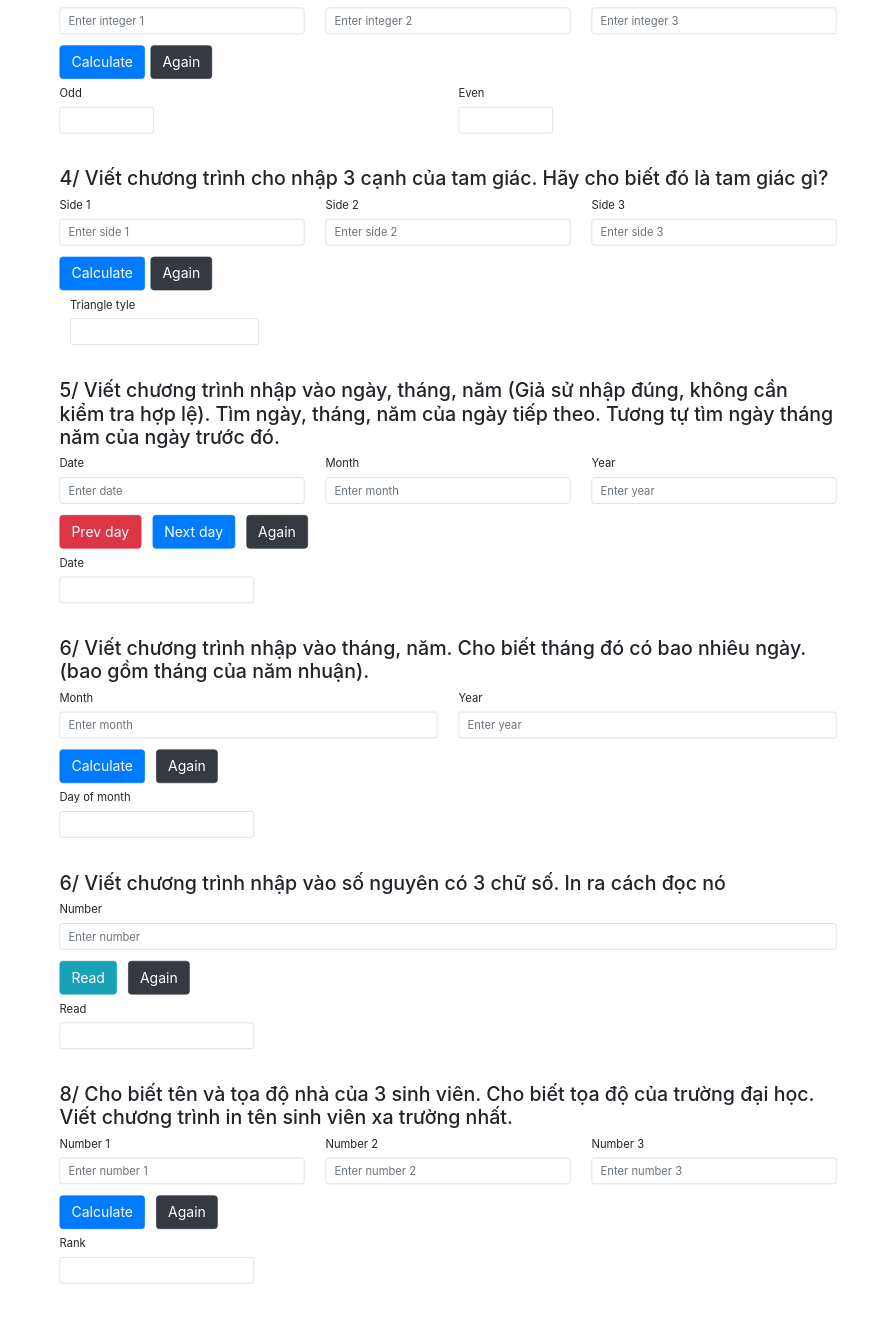
Repository: baobaodeveloper/bootscamp21__jsbasic__HuynhAnhBao
Page: index.html
An editor plug-in stored every save of this project. The page is shown before and after the next save, followed by the edit.
The browser window is 1280 px wide. The pictures show the part of the page from y = 724 to 2644 px (the page is 2606 px tall before and 2644 px after), at 70% of full size.

Above is the page before, as saved 2022-03-11 18:07:09.

### index.html
<!DOCTYPE html>
<html lang="en">
  <head>
    <title>javaScript basic</title>
    <!-- Required meta tags -->
    <meta charset="utf-8" />
    <meta
      name="viewport"
      content="width=device-width, initial-scale=1, shrink-to-fit=no"
    />

    <!-- Bootstrap CSS -->
    <link
      rel="stylesheet"
      href="https://stackpath.bootstrapcdn.com/bootstrap/4.3.1/css/bootstrap.min.css"
      integrity="sha384-ggOyR0iXCbMQv3Xipma34MD+dH/1fQ784/j6cY/iJTQUOhcWr7x9JvoRxT2MZw1T"
      crossorigin="anonymous"
    />
  </head>
  <body>
    <!--1 Cho người dùng nhập vào 3 số nguyên. Viết chương trình xuất 3 số theo thứ tự tăng dần -->
    <div class="container mb-xl-5">
      <h3>
        1/ Cho người dùng nhập vào 3 số nguyên. Viết chương trình xuất 3 số theo
        thứ tự tăng dần
      </h3>

      <div class="row">
        <div class="col">
          <label class="form-label">Number 1</label>
          <input
            type="number"
            class="form-control num1"
            placeholder="Enter number 1"
          />
        </div>
        <div class="col">
          <label class="form-label">Number 2</label>
          <input
            type="number"
            class="form-control num2"
            placeholder="Enter number 2"
          />
        </div>
        <div class="col">
          <label class="form-label">Number 3</label>
          <input
            type="number"
            class="form-control num3"
            placeholder="Enter number 3"
          />
        </div>
      </div>

      <div class="d-flex">
        <button
          type="button "
          class="btn btn-primary btn-lg mt-3 mb-2 btn-rank mr-3"
        >
          Calculate
        </button>

        <button
          type="button "
          class="btn btn-dark btn-lg mt-3 mb-2 btn-again-rank"
        >
          Again
        </button>
      </div>

      <div class="mt-3 m-auto">
        <label class="form-label">Rank</label>
        <input type="text" class="form-control w-25 result1" />
      </div>
    </div>

    <!--2 Viết chương trình “Chào hỏi” các thành viên trong gia đình với các đặc điểm. Đầu tiên máy
    sẽ hỏi ai sử dụng máy. Sau đó dựa vào câu trả lời và đưa ra lời chào phù hợp. Giả sử trong
    gia đình có 4 thành viên: Bố (B), Mẹ (M), anh Trai (A) và Em gái (E) -->
    <div class="container mb-5">
      <h3 class="mb-3">
        2/ Viết chương trình “Chào hỏi” các thành viên trong gia đình với các
        đặc điểm. Đầu tiên máy sẽ hỏi ai sử dụng máy. Sau đó dựa vào câu trả lời
        và đưa ra lời chào phù hợp. Giả sử trong gia đình có 4 thành viên: Bố
        (B), Mẹ (M), anh Trai (A) và Em gái (E)
      </h3>

      <select class="form-select p-2" aria-label="Default select example">
        <option selected>Who are you?</option>
        <option value="M">M</option>
        <option value="B">B</option>
        <option value="A">A</option>
        <option value="E">E</option>
      </select>

      <button type="button" class="btn btn-primary btn-sign-in">Sign In</button>

      <div class="m-3 row">
        <div class="col-sm-10">
          <input
            type="text"
            class="form-control output-sign-in"
            id="inputPassword"
          />
        </div>
      </div>
    </div>

    <!--  3 Cho 3 số nguyên. Viết chương trình xuất ra có bao nhiêu số lẻ và bao nhiêu số chẵn.-->
    <div class="container mb-xl-5">
      <h3>
        3/ Cho 3 số nguyên. Viết chương trình xuất ra có bao nhiêu số lẻ và bao
        nhiêu số chẵn.
      </h3>

      <div class="row">
        <div class="col">
          <label class="form-label">Integer 1</label>
          <input
            type="number"
            class="form-control integer1"
            placeholder="Enter integer 1"
          />
        </div>
        <div class="col">
          <label class="form-label">Integer 2</label>
          <input
            type="number"
            class="form-control integer2"
            placeholder="Enter integer 2"
          />
        </div>
        <div class="col">
          <label class="form-label">Integer 3</label>
          <input
            type="number"
            class="form-control integer3"
            placeholder="Enter integer 3"
          />
        </div>
      </div>

      <div class="d-flex">
        <button
          type="button"
          class="btn btn-primary btn-lg mt-3 mb-2 btn-integer mr-2"
        >
          Calculate
        </button>

        <button
          type="button "
          class="btn btn-light btn-lg mt-3 mb-2 btn-dark btn-again-integer"
        >
          Again
        </button>
      </div>

      <div class="row">
        <div class="mt-3 m-auto col">
          <label class="form-label">Odd</label>
          <input type="text" class="form-control w-25 outputOdd" />
        </div>
        <div class="mt-3 m-auto col">
          <label class="form-label">Even</label>
          <input type="text" class="form-control w-25 outputEven" />
        </div>
      </div>
    </div>

    <!--4 Viết chương trình cho nhập 3 cạnh của tam giác. Hãy cho biết đó là tam giác gì?-->

    <div class="container mb-xl-5">
      <h3>
        4/ Viết chương trình cho nhập 3 cạnh của tam giác. Hãy cho biết đó là
        tam giác gì?
      </h3>

      <div class="row">
        <div class="col">
          <label class="form-label">Side 1</label>
          <input
            type="number"
            class="form-control side1"
            placeholder="Enter side 1"
          />
        </div>
        <div class="col">
          <label class="form-label">Side 2</label>
          <input
            type="number"
            class="form-control side2"
            placeholder="Enter side 2"
          />
        </div>
        <div class="col">
          <label class="form-label">Side 3</label>
          <input
            type="number"
            class="form-control side3"
            placeholder="Enter side 3"
          />
        </div>
      </div>

      <div class="d-flex">
        <button
          type="button"
          class="btn btn-primary btn-lg mt-3 mb-2 mr-2 btn-triangle"
        >
          Calculate
        </button>

        <button
          type="button "
          class="btn btn-light btn-lg mt-3 mb-2 btn-dark btn-again-triangle"
        >
          Again
        </button>
      </div>

      <div class="mt-3 m-auto col">
        <label class="form-label">Triangle tyle</label>
        <input type="text" class="form-control w-25 triangle-type" />
      </div>
    </div>

    <!--5 Viết chương trình nhập vào ngày, tháng, năm (Giả sử nhập đúng, không cần kiểm tra hợp
  lệ). Tìm ngày, tháng, năm của ngày tiếp theo. Tương tự tìm ngày tháng năm của ngày trước
  đó.  -->

    <div class="container mb-xl-5">
      <h3>
        5/ Viết chương trình nhập vào ngày, tháng, năm (Giả sử nhập đúng, không
        cần kiểm tra hợp lệ). Tìm ngày, tháng, năm của ngày tiếp theo. Tương tự
        tìm ngày tháng năm của ngày trước đó.
      </h3>

      <div class="row">
        <div class="col">
          <label class="form-label">Date</label>
          <input
            type="number"
            class="form-control date"
            placeholder="Enter date"
          />
        </div>
        <div class="col">
          <label class="form-label">Month</label>
          <input
            type="number"
            class="form-control month"
            placeholder="Enter month"
          />
        </div>
        <div class="col">
          <label class="form-label">Year</label>
          <input
            type="number"
            class="form-control year"
            placeholder="Enter year"
          />
        </div>
      </div>

      <div class="d-flex">
        <button
          type="button "
          class="btn btn-danger btn-lg mt-3 mb-2 btn-prev mr-3"
        >
          Prev day
        </button>
        <button
          type="button "
          class="btn btn-primary btn-lg mt-3 mb-2 btn-next mr-3"
        >
          Next day
        </button>

        <button
          type="button "
          class="btn btn-dark btn-lg mt-3 mb-2 btn-again-date"
        >
          Again
        </button>
      </div>

      <div class="mt-3 m-auto">
        <label class="form-label">Date</label>
        <input type="text" class="form-control w-25 date-text" />
      </div>
    </div>

    <!-- 6 Viết chương trình nhập vào tháng, năm. Cho biết tháng đó có bao nhiêu ngày. (bao gồm
    tháng của năm nhuận).-->
    <div class="container mb-xl-5">
      <h3>
        6/ Viết chương trình nhập vào tháng, năm. Cho biết tháng đó có bao nhiêu
        ngày. (bao gồm tháng của năm nhuận).
      </h3>

      <div class="row">
        <div class="col">
          <label class="form-label">Month</label>
          <input
            type="number"
            class="form-control month1"
            placeholder="Enter month"
          />
        </div>
        <div class="col">
          <label class="form-label">Year</label>
          <input
            type="number"
            class="form-control year1"
            placeholder="Enter year"
          />
        </div>
      </div>

      <div class="d-flex">
        <button
          type="button "
          class="btn btn-primary btn-lg mt-3 mb-2 btn-month mr-3"
        >
          Calculate
        </button>

        <button
          type="button "
          class="btn btn-dark btn-lg mt-3 mb-2 btn-again-month"
        >
          Again
        </button>
      </div>

      <div class="mt-3 m-auto">
        <label class="form-label">Day of month</label>
        <input type="text" class="form-control w-25 resultMonth" />
      </div>
    </div>

    <!--7 Viết chương trình nhập vào số nguyên có 3 chữ số. In ra cách đọc nó.-->
    <div class="container mb-xl-5">
      <h3>
        6/ Viết chương trình nhập vào số nguyên có 3 chữ số. In ra cách đọc nó
      </h3>

      <div class="form">
        <label class="form-label">Number</label>
        <input
          type="number"
          class="form-control number-read"
          placeholder="Enter number"
        />
      </div>

      <div class="d-flex">
        <button
          type="button "
          class="btn btn-info btn-lg mt-3 mb-2 btnRead mr-3"
        >
          Read
        </button>

        <button
          type="button "
          class="btn btn-dark btn-lg mt-3 mb-2 btn-again-read"
        >
          Again
        </button>
      </div>

      <div class="mt-3 m-auto">
        <label class="form-label">Read</label>
        <input type="text" class="form-control w-25 resultRead" />
      </div>
    </div>

    <!--8 Cho biết tên và tọa độ nhà của 3 sinh viên. Cho biết tọa độ của trường đại học. Viết chương
    trình in tên sinh viên xa trường nhất. -->
    <div class="container mb-xl-5">
      <h3>
        8/ Cho biết tên và tọa độ nhà của 3 sinh viên. Cho biết tọa độ của
        trường đại học. Viết chương trình in tên sinh viên xa trường nhất.
      </h3>

      <div class="row">
        <div class="col">
          <div>
            <label class="form-label">Number 1</label>
            <input
              type="number"
              class="form-control num1"
              placeholder="Enter number 1"
            />
          </div>
        </div>
        <div class="col">
          <label class="form-label">Number 2</label>
          <input
            type="number"
            class="form-control num2"
            placeholder="Enter number 2"
          />
        </div>
        <div class="col">
          <label class="form-label">Number 3</label>
          <input
            type="number"
            class="form-control num3"
            placeholder="Enter number 3"
          />
        </div>
      </div>

      <div class="d-flex">
        <button
          type="button "
          class="btn btn-primary btn-lg mt-3 mb-2 btn-rank mr-3"
        >
          Calculate
        </button>

        <button
          type="button "
          class="btn btn-dark btn-lg mt-3 mb-2 btn-again-rank"
        >
          Again
        </button>
      </div>

      <div class="mt-3 m-auto">
        <label class="form-label">Rank</label>
        <input type="text" class="form-control w-25 result1" />
      </div>
    </div>

    <!-- Optional JavaScript -->
    <!-- jQuery first, then Popper.js, then Bootstrap JS -->
    <script
      src="https://code.jquery.com/jquery-3.3.1.slim.min.js"
      integrity="sha384-q8i/X+965DzO0rT7abK41JStQIAqVgRVzpbzo5smXKp4YfRvH+8abtTE1Pi6jizo"
      crossorigin="anonymous"
    ></script>
    <script
      src="https://cdnjs.cloudflare.com/ajax/libs/popper.js/1.14.7/umd/popper.min.js"
      integrity="sha384-UO2eT0CpHqdSJQ6hJty5KVphtPhzWj9WO1clHTMGa3JDZwrnQq4sF86dIHNDz0W1"
      crossorigin="anonymous"
    ></script>
    <script
      src="https://stackpath.bootstrapcdn.com/bootstrap/4.3.1/js/bootstrap.min.js"
      integrity="sha384-JjSmVgyd0p3pXB1rRibZUAYoIIy6OrQ6VrjIEaFf/nJGzIxFDsf4x0xIM+B07jRM"
      crossorigin="anonymous"
    ></script>

    <!-- <script src="exercise1.js"></script> -->
    <!-- <script src="exercise2.js"></script> -->
    <!-- <script src="exercise3.js"></script> -->
    <!-- <script src="exercise4.js"></script> -->
    <!-- <script src="exercise5.js"></script> -->
    <!-- <script src="exercise6.js"></script> -->
    <!-- <script src="exercise7.js"></script> -->
    <script src="exercise8.js"></script>
  </body>
</html>

Loaded but not shown: exercise8.js (no stored copy; drawn as an empty file)

After the next save:
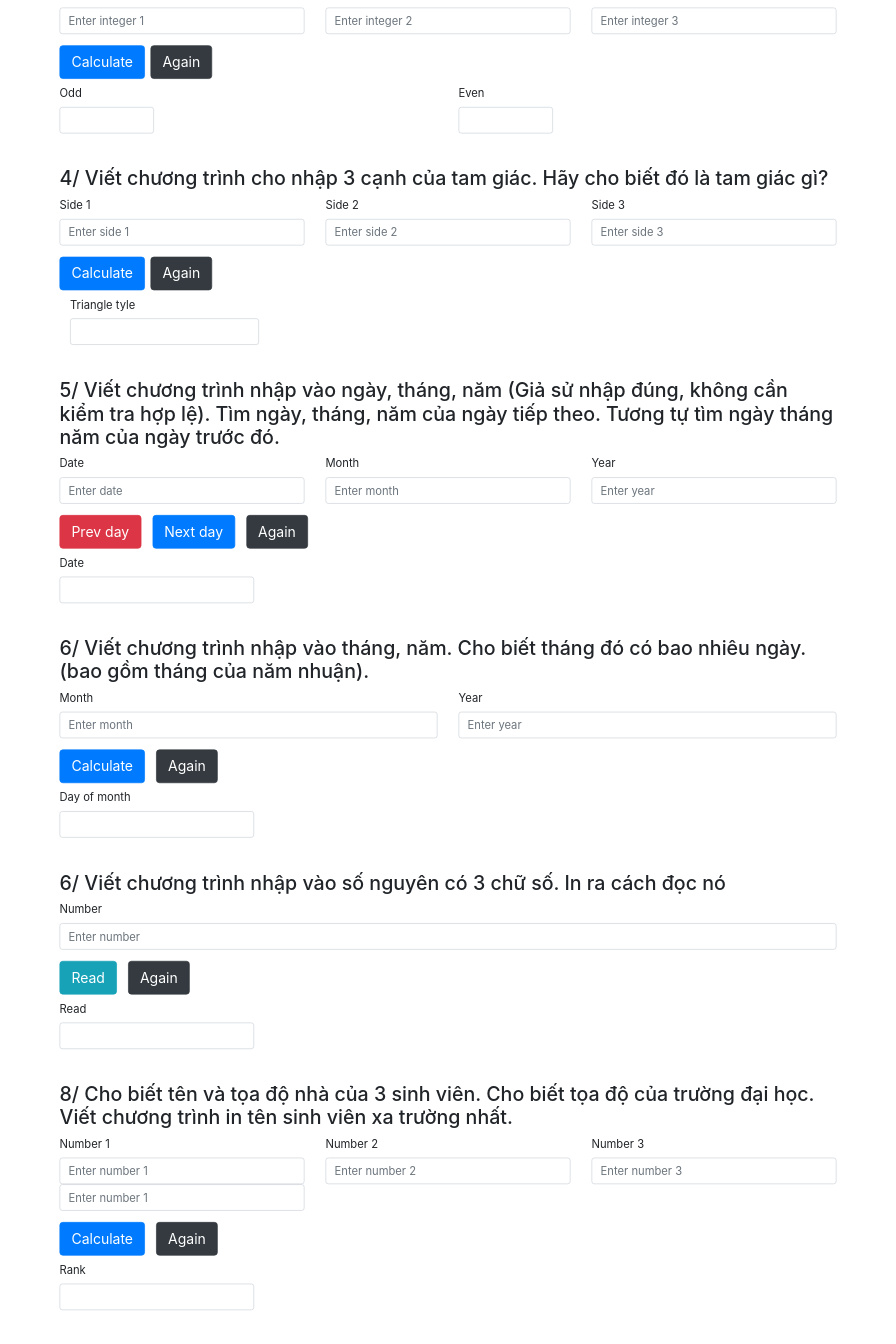
Saved 15 s later.
--- a/index.html
+++ b/index.html
@@ -389,6 +389,11 @@
         <div class="col">
           <div>
             <label class="form-label">Number 1</label>
+            <input
+              type="number"
+              class="form-control num1"
+              placeholder="Enter number 1"
+            />
             <input
               type="number"
               class="form-control num1"
